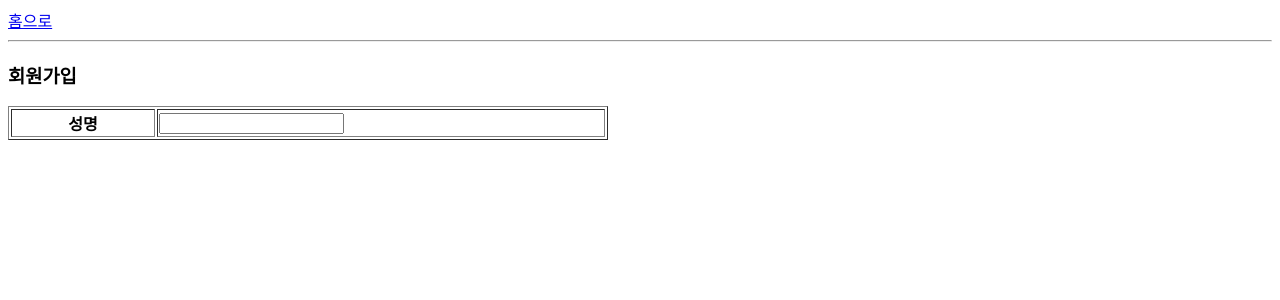
Repository: linklifejo/study_spring
Page: http://localhost/web/member
An editor plug-in stored every save of this project. The page is shown before and after the next save, followed by the edit.
The browser window is 1280 px wide. The pictures show the whole page.
The page is served by Tomcat 9. Other server files are loaded and not shown.

Above is the page before, as saved 2023-02-14 01:01:26.

### web/src/main/webapp/WEB-INF/views/member/join.jsp
<%@ page language="java" contentType="text/html; charset=UTF-8"
    pageEncoding="UTF-8"%>
<%@ taglib uri="http://java.sun.com/jsp/jstl/core" prefix="c"%>
<!DOCTYPE html>
<html>
<head>
<meta charset="UTF-8">
<title>Insert title here</title>
</head>
<body>
<a href='<c:url value="/"/>'>홈으로</a>
<hr>
<h3>회원가입</h3>

<form method='post' action='joinRequest'>
<table border='1' style='width:600px'>
<tr><th style='width:140px'>성명</th>
	<td><input type='text' name='name'></td>
</tr>
</table>

</form>

</body>
</html>

After the next save:
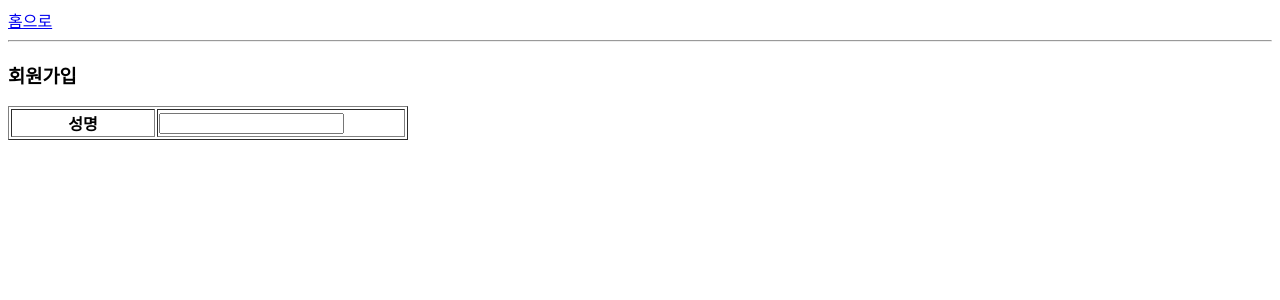
Saved 7 s later.
--- a/web/src/main/webapp/WEB-INF/views/member/join.jsp
+++ b/web/src/main/webapp/WEB-INF/views/member/join.jsp
@@ -13,7 +13,7 @@
 <h3>회원가입</h3>
 
 <form method='post' action='joinRequest'>
-<table border='1' style='width:600px'>
+<table border='1' style='width:400px'>
 <tr><th style='width:140px'>성명</th>
 	<td><input type='text' name='name'></td>
 </tr>
